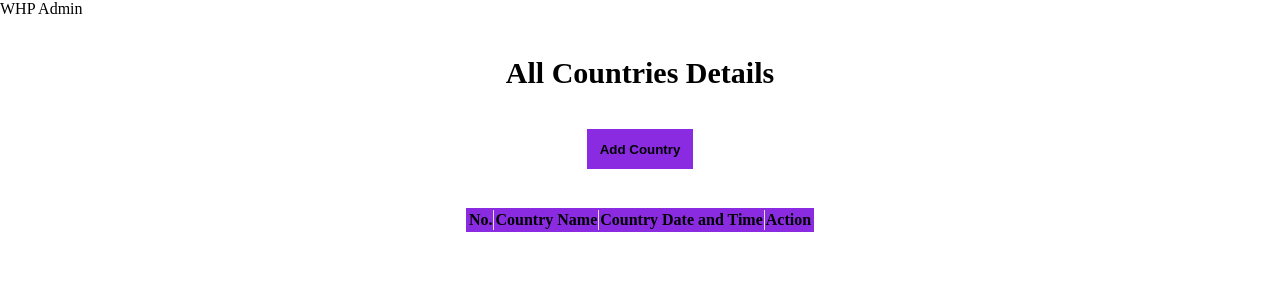
Repository: sabinaPetrisor/World_Hour_Project
Page: http://localhost/WorldHourProject/jsp/admin.jsp
These files come from the project's save history. The page is drawn as it stood at one moment and after the next save; the edit follows.
The browser window is 1280 px wide. The pictures show the whole page.
The page is served by Tomcat 9. Other server files are loaded and not shown.

Above is the page before, as saved 2023-08-04 12:04:54.

### WorldHourProject/src/main/webapp/jsp/admin.jsp
<%@ page language="java" contentType="text/html; charset=UTF-8"
    pageEncoding="UTF-8"%>
<%@page import="com.worldhourproject.utility.JDBCDataSource"%>
<%@page import="java.sql.Connection"%>
<!DOCTYPE html>
<html>
	<head>
		<meta name="viewport" content="width=device-width, initial-scale=1" charset="UTF-8">
		<title>World Hour Project Admin Page</title>
		<style> <%@include file="../css/admin.css" %> </style>
	</head>
	<body>
		<%@include file="navbar.jsp" %>

		<div class="content-container">
			<p class="content-container-title">All Countries Details</p>
			<div class="btn-container">
				<button class="add-button">Add Country</button>
			</div>

			<table class="tbl">
				<tr class="tbl-col-names">
					<th>No.</th>
					<th>Country Name</th>
					<th>Country Date and Time</th>
					<th>Action</th>
				</tr>
			</table>
		</div>
	</body>
</html>

### WorldHourProject/src/main/webapp/css/admin.css
@charset "UTF-8";
* {
	margin: 0;
	width: 100%;
}

/*.header-container {
	position: relative;
	width: 100%;
	background-color: blueviolet;
	display: flex;
}

.header-title {
	padding-top: 1%;
	padding-bottom: 1%;
	margin-left: 2%;
	margin-right: 2%;
}

.home-page-title {
	font-size: 20px;
	font-weight: bold;
	width: auto;
}

.home-page-title:hover {
	color: cadetblue;
	cursor: pointer;
}*/

.content-container {
	margin-top: 3%;
}

.content-container-title {
	text-align: center;
	font-size: 30px;
	font-weight: bold;
	margin-bottom: 3%;
}

.btn-container {
	display: flex;
	justify-content: center;
}

.add-button {
	padding: 1%;
	margin-bottom: 3%;
	background-color: blueviolet;
	border: none;
	text-align: center;
	font-weight: bold;
	width:auto;
	cursor: pointer;
}

.tbl {
	margin: 0 auto;
	border-collapse: collapse;
	table-layout: auto;
	width: auto;

}

.tbl-col-names {
	border: 2px solid blueviolet;
	background-color: blueviolet;
}

.tbl td, .tbl-col-names th {
  border: 1px solid #dddddd;
  text-align: center;
  width: auto;
}

.tbl tr:nth-child(even) {
  background-color: #dddddd;
}

### WorldHourProject/src/main/webapp/jsp/navbar.jsp
<div class="header-container">
	<div class="header-title">
		<span class="home-page-title">WHP Admin</span>
	</div>
</div>

### WorldHourProject/src/main/webapp/css/navbar.css
.header-container {
	position: relative;
	width: 100%;
	background-color: blueviolet;
	display: flex;
}

.header-title {
	padding-top: 1%;
	padding-bottom: 1%;
	margin-left: 2%;
	margin-right: 2%;
}

.home-page-title {
	font-size: 20px;
	font-weight: bold;
	width: auto;
}

.home-page-title:hover {
	color: cadetblue;
	cursor: pointer;
}

After the next save:
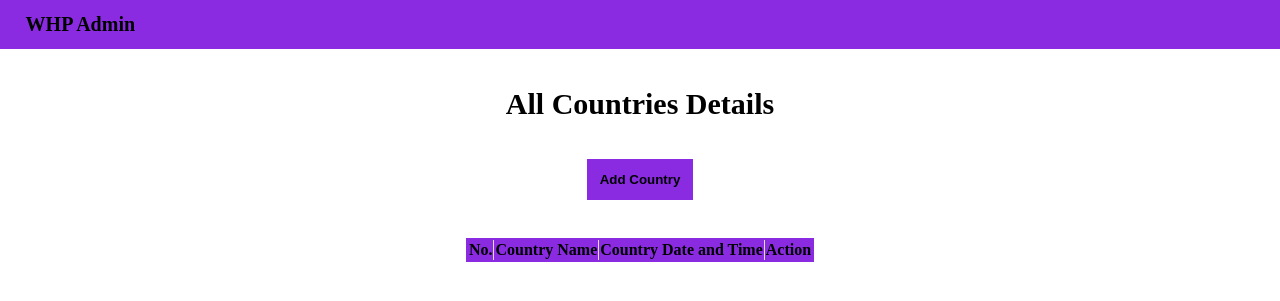
Saved 16 s later.
--- a/WorldHourProject/src/main/webapp/jsp/admin.jsp
+++ b/WorldHourProject/src/main/webapp/jsp/admin.jsp
@@ -7,6 +7,7 @@
 	<head>
 		<meta name="viewport" content="width=device-width, initial-scale=1" charset="UTF-8">
 		<title>World Hour Project Admin Page</title>
+		<style> <%@include file="../css/navbar.css" %> </style>
 		<style> <%@include file="../css/admin.css" %> </style>
 	</head>
 	<body>
